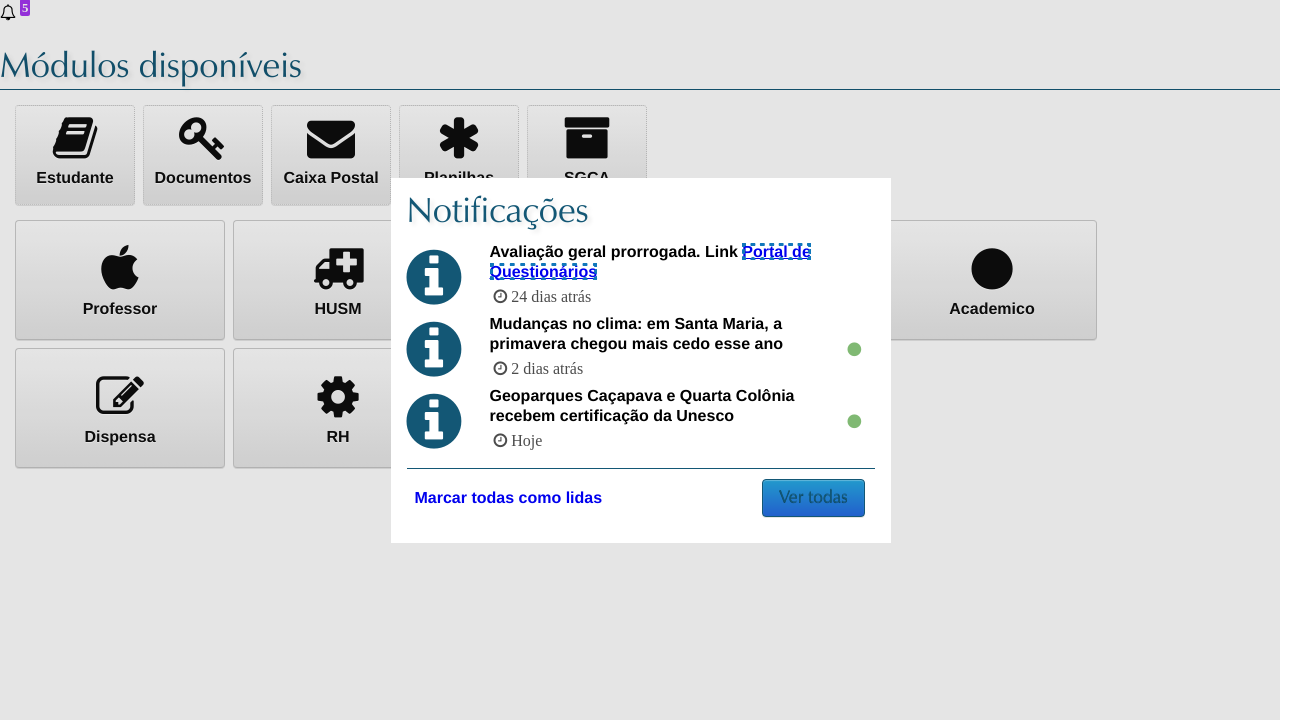
Repository: evertonagilar/study
Page: css/css-notificacao-dialog/index.html
These files come from the project's save history. The page is drawn as it stood at one moment and after a run of saves; the edit follows.
The browser window is 1280 px wide. The page is 1295 px wide, so the pictures cover 1295 px, including what lies to the right of the window. The pictures show the whole page.
After loading, the first visible `span.dashboard-notificacoes-button` was clicked once.

Above is the page before, as saved 2023-09-11 22:16:04.

### css/css-notificacao-dialog/index.html
<!DOCTYPE html>
<html lang="en">

<head>
    <meta charset="UTF-8">
    <meta name="viewport" content="width=device-width, initial-scale=1.0">
    <title>Aula CSS GRID</title>
    <link rel="stylesheet" href="css/cpd.css">
    <link rel="stylesheet" href="css/style.css">
</head>

<body>
    <span class="dashboard-notificacoes-button icon-bell">
        <sup>5</sup>
    </span>

    <dialog class="dashboard-notificacoes">
        <h2 class="h2 primary text-shadowed margin-bottom">
            Notificações
        </h2>
        <div class="notificacao-list">
            <div class="notificacao" data-id="1">
                <span class="notificacao-icon-type icon-info-sign"></span>
                <div class="notificacao-message">
                    <span class="notificacao-message-text">Avaliação geral prorrogada. Link <a href="#">Portal de
                            Questionários</a></span>
                    <span class="notificacao-message-date icon-time"> 24 dias atrás</span>
                </div>
                <span class="notificao-lida-mark"></span>
            </div>
            <div class="notificacao" data-id="1">
                <span class="notificacao-icon-type icon-info-sign"></span>
                <div class="notificacao-message">
                    <span class="notificacao-message-text">Mudanças no clima: em Santa Maria, a primavera chegou mais
                        cedo esse ano</span>
                    <span class="notificacao-message-date icon-time"> 2 dias atrás</span>
                </div>
                <span class="notificao-lida-mark icon-circle"></span>
            </div>
            <div class="notificacao" data-id="1">
                <span class="notificacao-icon-type icon-info-sign"></span>
                <div class="notificacao-message">
                    <span class="notificacao-message-text">Geoparques Caçapava e Quarta Colônia recebem certificação da Unesco</span>
                    <span class="notificacao-message-date icon-time"> Hoje</span>
                </div>
                <span class="notificao-lida-mark icon-circle"></span>
            </div>
        </div>
        <div class="notificacao-buttons">
            <a class="notificacao-marcar-todas" href="#">Marcar todas como lidas</a>
            <span class="btn primary notificacao-ver-todas">Ver todas</span>
        </div>
    </dialog>

    <h2 class="h2 primary stroked-bottom text-shadowed margin-bottom">
        Módulos disponíveis
    </h2>


    <div class="dashboard-container-favorito">
        <div class="portal">
            <span class="portal-icon icon-book"></span>
            <h3 class="portal-label">Estudante</h3>
        </div>
        <div class="portal">
            <span class="portal-icon icon-key"></span>
            <h3 class="portal-label">Documentos</h3>
        </div>
        <div class="portal">
            <span class="portal-icon icon-envelope"></span>
            <h3 class="portal-label">Caixa Postal</h3>
        </div>
        <div class="portal">
            <span class="portal-icon icon-asterisk"></span>
            <h3 class="portal-label">Planilhas</h3>
        </div>
        <div class="portal">
            <span class="portal-icon icon-archive"></span>
            <h3 class="portal-label">SGCA</h3>
        </div>

    </div>

    <div class="dashboard-container">
        <div class="portal">
            <span class="portal-mini-button fa fa-chain"></span>
            <span class="portal-icon icon-apple"></span>
            <h3 class="portal-label">Professor</h3>
        </div>

        <div class="portal">
            <span class="portal-icon icon-ambulance"></span>
            <h3 class="portal-label">HUSM</h3>
        </div>

        <div class="portal">
            <span class="portal-icon icon-user"></span>
            <h3 class="portal-label">Usuario</h3>
        </div>

        <div class="portal">
            <span class="portal-icon icon-calendar"></span>
            <h3 class="portal-label">Agendamento</h3>
        </div>

        <div class="portal">
            <span class="portal-icon icon-circle"></span>
            <h3 class="portal-label">Academico</h3>
        </div>

        <div class="portal">
            <span class="portal-icon icon-edit"></span>
            <h3 class="portal-label">Dispensa</h3>
        </div>

        <div class="portal">
            <span class="portal-icon icon-cog"></span>
            <h3 class="portal-label">RH</h3>
        </div>

        <div class="portal">
            <span class="portal-icon icon-code-fork"></span>
            <h3 class="portal-label">Projetos</h3>
        </div>

        <div class="portal">
            <span class="portal-icon icon-file-alt"></span>
            <h3 class="portal-label">Biblioteca</h3>
        </div>

    </div>
</body>


<script>

    document.addEventListener("DOMContentLoaded", function () {

        /* Cards */
        const botao = document.querySelectorAll('.portal');
        botao.forEach(btn => {
            const miniButton = btn.querySelector('.portal-mini-button');

            btn.addEventListener('click', () => {
                alert('botao clicked');
            });

            btn.addEventListener('mouseenter', () => {
                if (miniButton) {
                    miniButton.style.visibility = 'visible';
                }
            });

            btn.addEventListener('mouseleave', () => {
                if (miniButton) {
                    miniButton.style.visibility = 'hidden';
                }
            });

        });

        /* Mini Button */
        const miniButtons = document.querySelectorAll('.portal-mini-button');
        miniButtons.forEach(btn => {
            const parentButton = btn.closest('.portal');

            btn.addEventListener("click", (event) => {
                event.stopPropagation();
                alert('mini-button clicked');
            });

            btn.addEventListener("mouseenter", (event) => {
                // alert('mouse enter');
                // parentButton.style.pointerEvents = 'none';

            });

            btn.addEventListener("mouseleave", (event) => {
                // alert('mouse leave');
                // parentButton.style.pointerEvents = 'auto';
            })

        });


        /* Notifications */
        document.querySelector('.dashboard-notificacoes-button').addEventListener("click", (event) => {
            const dialog = document.querySelector('.dashboard-notificacoes');
            dialog.showModal();
        });

        document.querySelector('.dashboard-notificacoes-button').addEventListener("mouseenter", (event) => {
            const dialog = document.querySelector('.dashboard-notificacoes');
            dialog.show();
        });

        document.querySelector('.dashboard-notificacoes-button').addEventListener("mouseleave", (event) => {
            const dialog = document.querySelector('.dashboard-notificacoes');
            dialog.close();
        });


    });



</script>



</html>

### css/css-notificacao-dialog/css/style.css

.dashboard-container {
    width: 100%;
    height: 100%;
    display: flex;
    flex-direction: row;
    flex-wrap: wrap;
    gap: 8px;
    align-items: stretch; /* Centraliza verticalmente */
    justify-content: stretch;
    margin: 15px;
    @media screen and (max-width:34.999999em){
        width: 94%;
    }
}

.dashboard-container-favorito {
    width: 100%;
    height: 100%;
    display: flex;
    flex-direction: row;
    flex-wrap: nowrap;
    gap: 8px;
    align-items: stretch; /* Centraliza verticalmente */
    justify-content: stretch;
    margin: 15px;
}

.portal {
    position: relative;
    cursor: pointer;
    text-align: center;
    --border-radius:.25rem;
    --border-radius-top-left:.25rem;
    --border-radius-top-right:.25rem;
    --border-radius-bottom-right:.25rem;
    --border-radius-bottom-left:.25rem;
    --border-radius-top:.25rem;
    --border-radius-left:.25rem;
    --border-radius-right:.25rem;
    --border-radius-bottom:.25rem;
    border-radius:.25rem;
    border:.065rem solid #ccc;
    border-bottom:.065rem solid #c5c5c5;
    border-right:.065rem solid #cacaca;
    color:#0d0d0d;
    text-shadow:0 .065em 0 #fff;
    box-shadow:0 .065em 0 rgba(0,0,0,0.1),0 .065em .065em 0 rgba(255,255,255,0.3) inset;
    background-image:linear-gradient(to bottom, #fff, #e6e6e6);
    padding: 24px;
    width: 210px;
    height: 120px;
    @media screen and (max-width:34.999999em){
        width: 100%;
    }
}


.portal:hover {
    background:#e6e6e6;
    transition: all .35s ease-in-out;
    box-shadow: 0 .065rem 0 rgba(0,0,0,0.15);
}

.portal:active {
    background:none;
    box-shadow:0 .065em 0 rgba(0,0,0,0.1),.08em .125em .25em rgba(0,0,0,0.3) inset;
    background-color:#f3f3f3;
    transition:none
}

.portal:focus {
    box-shadow:0 0 .5em .25em rgba(205,205,205,0.85)
}

.portal-icon {
    font-size: 3em;
}

.portal-label {
    font-weight: bold;
    margin-top: 6px;
}

.dashboard-container-favorito .portal {
    padding: 8px;
    height: 100px;
    width: 120px;
    @media screen and (max-width:798px) {
        width: auto;
    }
    border-style: dotted;
}

.portal-mini-button {
    position: absolute;
    top: 0;
    right: 0;
    border: none;
    padding: 6px;
    z-index: 100;
    visibility: hidden;
}

.portal-mini-button:hover {
    background-color:#f3f3f3;
    border-radius:.25rem;
    border:.065rem solid #ccc;
    border-bottom:.065rem solid #c5c5c5;
    border-right:.065rem solid #cacaca;
    color:#0d0d0d;
    color: brown;
 }

 .portal-mini-button:active {
    background:none;
    box-shadow:0 .065em 0 rgba(0,0,0,0.1),.08em .125em .25em rgba(0,0,0,0.3) inset;
    background-color:#f3f3f3;
    transition:none
}

.portal-mini-button:focus {
    box-shadow:0 0 .5em .25em rgba(205,205,205,0.85)
}

/* Notificações */

.dashboard-notificacoes-button {
    position: relative;
    cursor: pointer;
}


.dashboard-notificacoes {
    position: absolute;
    left: 1px;
    top: 1px;
    width: 500px;
    transition: all .2s ease;
    z-index: 200;
    border: 1px

}

.dashboard-notificacoes-button sup {
    color: #fff;
    background-color: #a435f0;
    padding: 2px;
    font-weight: bold;
    border-radius: 2px;
    font-size: .8em !important;
}

.notificacao-list {
    display: flex;
    flex-direction: column;
    gap: 2px;
}

.notificacao {
    display: flex;
    flex-direction: row;
    justify-content: flex-start;
    align-items: center;
    gap: 8px;
    flex-wrap: wrap;

}

.notificacao-message {
    display: flex;
    flex-direction: column;
    align-items: flex-start;
    font-weight: bold;
}

.notificacao-icon-type {
    font-size: 64px;
    width: 75px;
    color: #135775;
}

.notificacao-message-text {
    font-weight: 900;
    width: 350px;
}

.notificacao-message-date {
    font-weight: 300;
    padding: 6px 4px;
    color: #4c4c4c;
}

.notificao-lida-mark {
    color: hsla(109, 90%, 27%, 0.565);
}

.notificacao-buttons {
    display: flex;
    justify-content: space-between;
    align-items: center;
    border-top: .065rem solid #135775;
    margin-top: 12px;
    padding: 8px;
}

.notificacao-marcar-todas {
    font-weight: bold;
    text-decoration: none;
}

Loaded but not shown: css/css-notificacao-dialog/css/cpd.css (library)

After the next 3 saves:
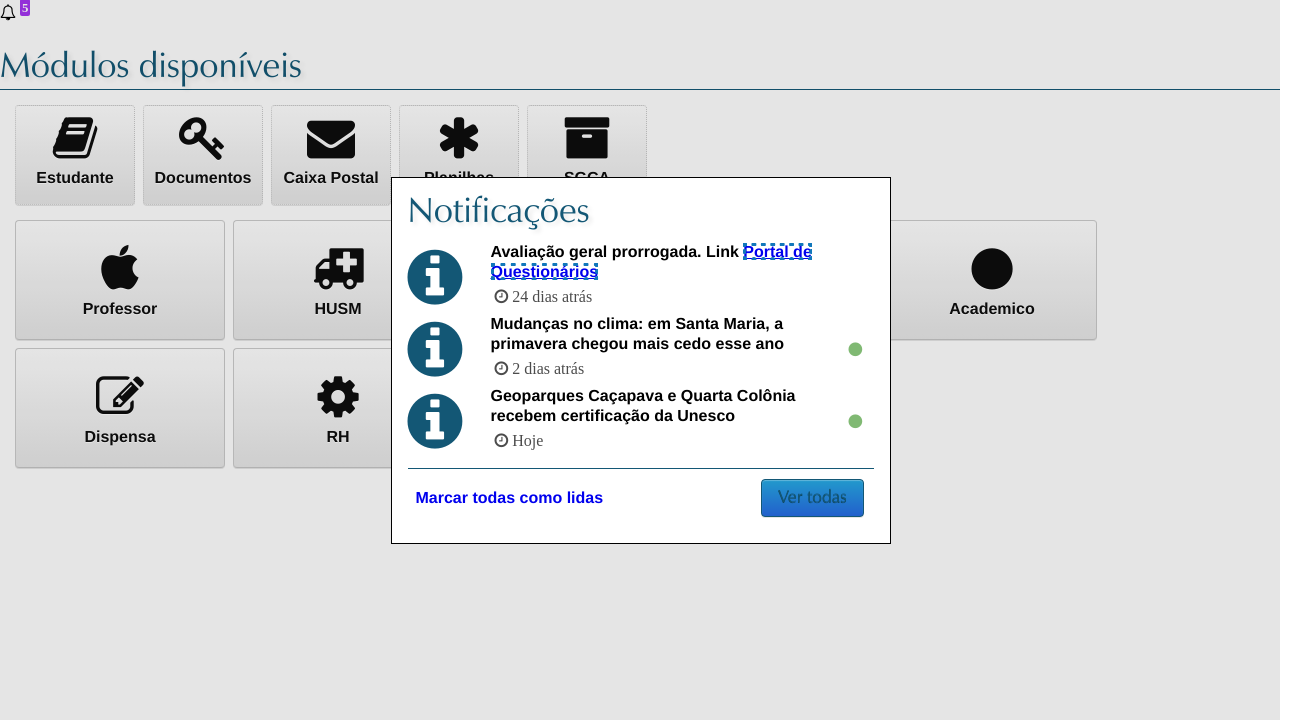
The 3 saves are shown as one change because they came seconds apart.
The last was saved 7 s later.
--- a/css/css-notificacao-dialog/css/style.css
+++ b/css/css-notificacao-dialog/css/style.css
@@ -138,7 +138,8 @@
     width: 500px;
     transition: all .2s ease;
     z-index: 200;
-    border: 1px
+    border: 1px solid
+
 
 }
 
